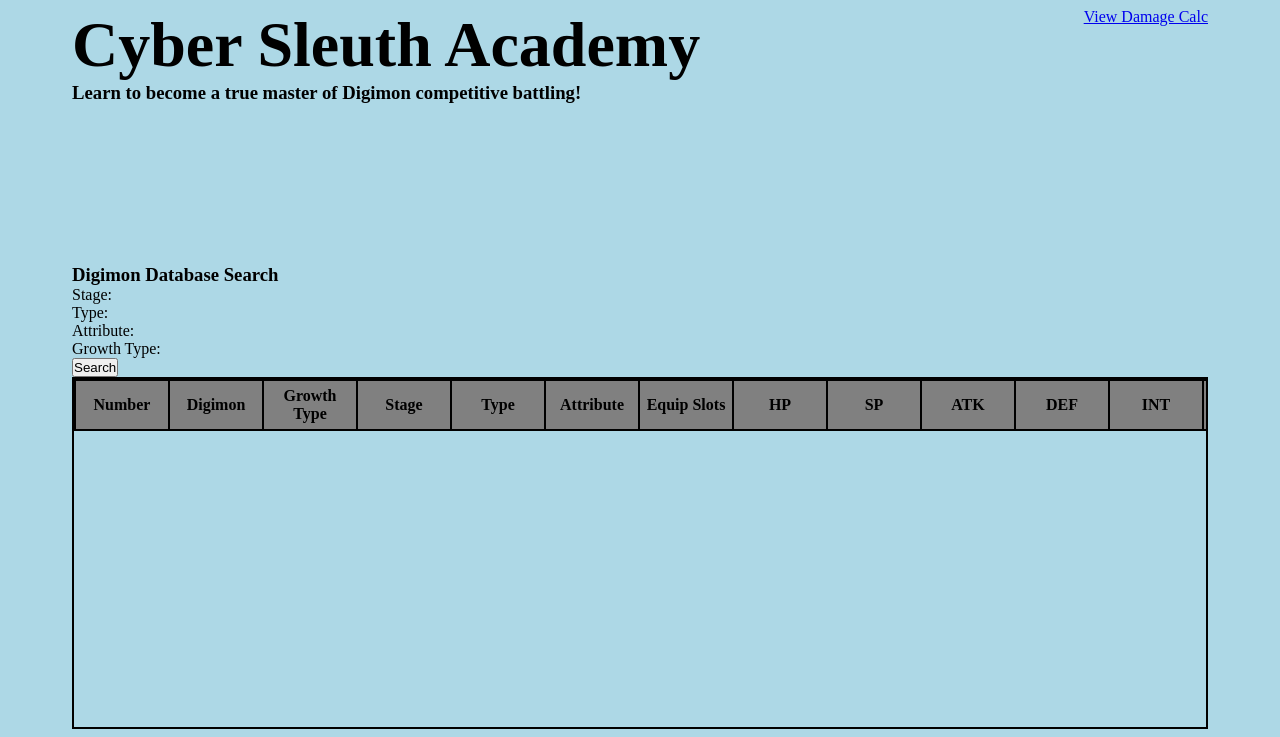
Repository: KTaylor264/Bootcamp-Solo-Project
Page: http://localhost/cyber-sleuth-academy/WEB-INF/index.jsp
The author's editor kept a copy of each file at every save. The page is drawn from the files as they stood at one save, then again after the next save.
The browser window is 1280 px wide. The pictures show the whole page.
The page is served by Tomcat 9. Nobody is signed in. The template is opened directly, without the code that normally fills it, so the values that code supplies are empty.

Above is the page before, as saved 2023-03-19 03:07:17.

After the next save:
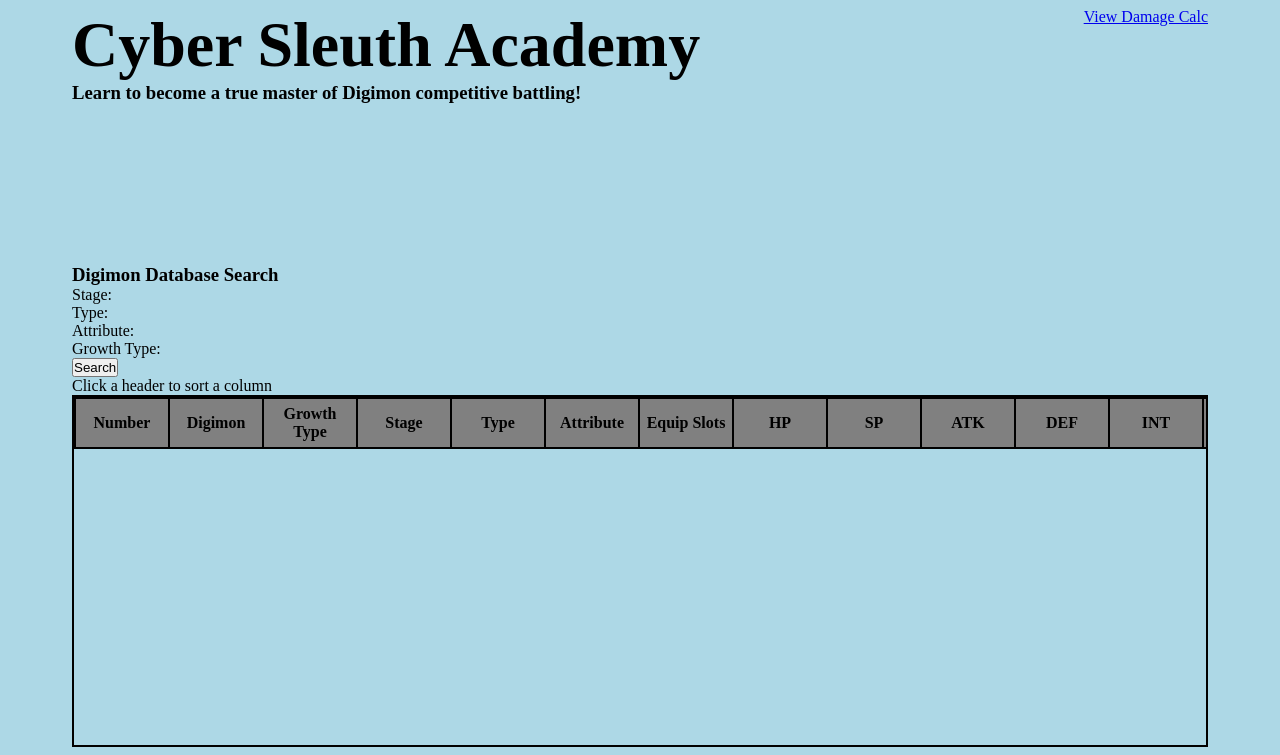
Saved 103 s later.
--- a/cyber-sleuth-academy/src/main/webapp/WEB-INF/index.jsp
+++ b/cyber-sleuth-academy/src/main/webapp/WEB-INF/index.jsp
@@ -50,6 +50,7 @@
 			</div>
 			<input type="button" value="Search">
 			<div>
+				<label>Click a header to sort a column</label>
 				<table id="sort-table">
 					<thead>
 						<tr>
